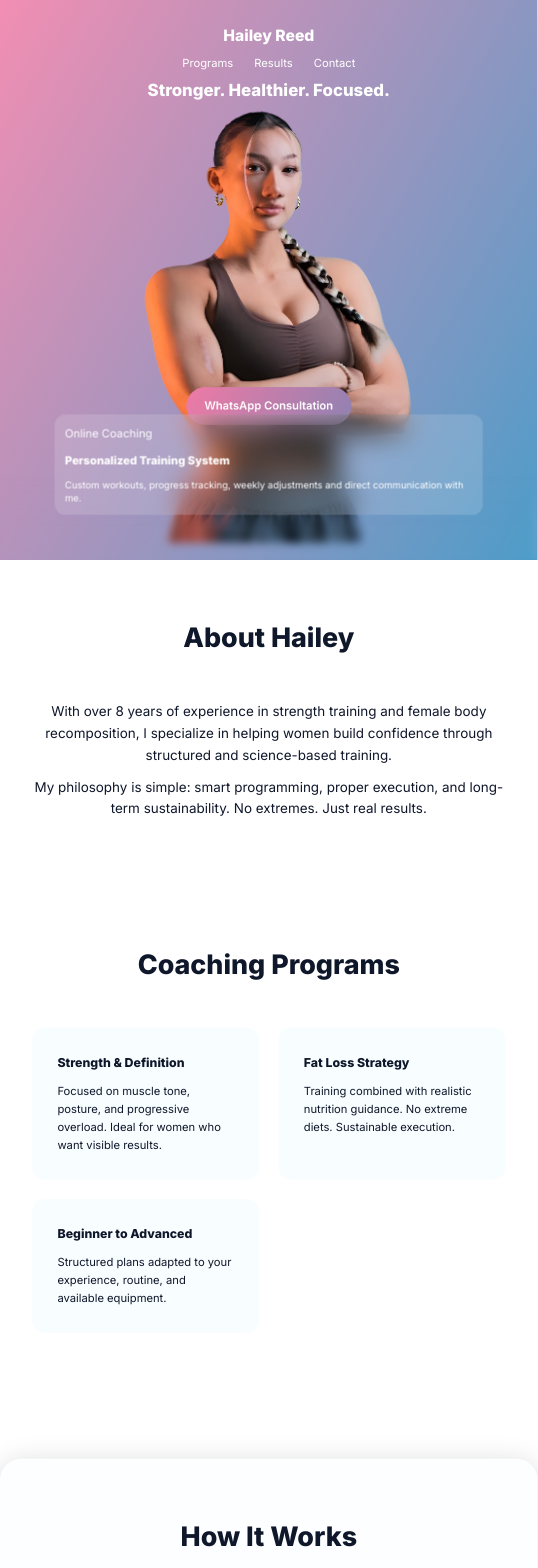
Repository: davidfsillva/Hailey-Reed-Coaching
Page: index.html
The author's editor kept a copy of each file at every save. The page is drawn from the files as they stood at one save, then again after the next save.
The browser window is 768 px wide. The pictures show the part of the page from y = 0 to 2240 px (the page is 5196 px tall), at 70% of full size.

Above is the page before, as saved 2026-02-12 11:41:16.

### index.html
<!DOCTYPE html>
<html lang="en">
<head>
  <meta charset="UTF-8" />
  <meta name="viewport" content="width=device-width, initial-scale=1.0" />
  <title>Personal Trainer | Online Coaching</title>
  <link rel="stylesheet" href="style.css" />
  <link rel="preconnect" href="https://fonts.googleapis.com">
  <link rel="preconnect" href="https://fonts.gstatic.com" crossorigin>
  <link href="https://fonts.googleapis.com/css2?family=Inter:wght@400;600;800&display=swap" rel="stylesheet">
</head>
<body>

<header class="hero">
  <nav class="nav">
    <h1 class="logo">Hailey Reed</h1>
    <div class="nav-links">
      <a href="#programs">Programs</a>
      <a href="#results">Results</a>
      <a href="#ct">Contact</a>
    </div>
  </nav>

  <img class="hero-img" src="img/Photoroom_20260211_45117 PM.png" alt="Trainer" />

  <div class="hero-gradient"></div>

  <div class="hero-content">
    <div class="hero-text">
<h2 class="hero-title">
  Stronger. <br>
  Healthier. <br>
  Focused.
</h2>

      <p>
        Evidence-based training designed for women who <br>
        want real strength, visible definition, and long-term <br>
        consistency — without wasting time.
      </p>
      <div class="cta-group hero-cta">
        <a href="https://wa.me/5599999999999" target="_blank" class="btn primary whatsapp-btn">
          WhatsApp Consultation
        </a>
      </div>
    </div>

    <div class="hero-card">
      <span class="tag">Online Coaching</span>
      <h3>Personalized Training System</h3>
      <p>
        Custom workouts, progress tracking, weekly adjustments
        and direct communication with me.
      </p>
    </div>
  </div>
</header>

<!-- ABOUT SECTION -->
<section class="section">
  <h3>About Hailey</h3>
  <div class="testimonial">
    <p>
      With over 8 years of experience in strength training and female body
      recomposition, I specialize in helping women build confidence through
      structured and science-based training.
    </p>
    <p>
      My philosophy is simple: smart programming, proper execution,
      and long-term sustainability. No extremes. Just real results.
    </p>
  </div>
</section>

<section id="programs" class="section">
  <h3>Coaching Programs</h3>

  <div class="cards">
    <div class="card">
      <h4>Strength & Definition</h4>
      <p>
        Focused on muscle tone, posture, and progressive overload.
        Ideal for women who want visible results.
      </p>
    </div>

    <div class="card">
      <h4>Fat Loss Strategy</h4>
      <p>
        Training combined with realistic nutrition guidance.
        No extreme diets. Sustainable execution.
      </p>
    </div>

    <div class="card">
      <h4>Beginner to Advanced</h4>
      <p>
        Structured plans adapted to your experience, routine,
        and available equipment.
      </p>
    </div>
  </div>
</section>

<!-- HOW IT WORKS -->
<section class="section dark">
  <h3>How It Works</h3>

  <div class="cards">
    <div class="card">
      <h4>1. Initial Consultation</h4>
      <p>
        We discuss your goals, routine, training history,
        and current physical condition.
      </p>
    </div>

    <div class="card">
      <h4>2. Custom Plan Creation</h4>
      <p>
        A personalized workout structure is designed
        specifically for your body and objectives.
      </p>
    </div>

    <div class="card">
      <h4>3. Weekly Adjustments</h4>
      <p>
        Progress tracking and adjustments ensure continuous
        improvement and optimal results.
      </p>
    </div>
  </div>
</section>

<section id="results" class="section dark">
  <h3>Client Feedback</h3>

  <div class="testimonial">
    <p>
      “This coaching completely changed how I train.
      Every session has a clear purpose and I finally feel strong.”
    </p>
    <span>— Samantha M.</span>
  </div>
</section>

<!-- TRANSFORMATION PROCESS -->
<section class="section">
  <h3>The Transformation Process</h3>

  <div class="testimonial">
    <p>
      Sustainable transformation is not about intensity —
      it's about consistency.
    </p>
    <p>
      Through progressive overload, intelligent recovery,
      and realistic nutrition, we create measurable and lasting results.
    </p>
  </div>
</section>

<!-- FAQ -->
<section class="section">
  <h3>Frequently Asked Questions</h3>

  <div class="cards">
    <div class="card">
      <h4>Do I need gym access?</h4>
      <p>
        Not necessarily. Programs can be adapted for home training
        with minimal equipment.
      </p>
    </div>

    <div class="card">
      <h4>Is nutrition included?</h4>
      <p>
        Yes. You receive structured guidance focused on sustainable habits,
        not restrictive diets.
      </p>
    </div>

    <div class="card">
      <h4>How long until I see results?</h4>
      <p>
        Most clients notice strength improvements within weeks
        and visible body changes within 8–12 weeks.
      </p>
    </div>
  </div>
</section>

<!-- FINAL CTA SECTION -->
<section id="ct" class="section dark">
  <div class="testimonial">
    <h3>Ready to Transform?</h3>
    <p>
      Your strongest, healthiest version starts with a decision.
      Let’s build it together.
    </p>
    <div class="cta-group center">
      <a href="https://wa.me/5599999999999" target="_blank" class="btn primary">
        Apply for Coaching
      </a>
    </div>
  </div>
</section>

<footer class="footer">
  <p>© 2026 Hailey Reed Coaching. All rights reserved.</p>
</footer>

<script src="script.js"></script>
</body>
</html>

### style.css
:root {
  --pink: #f07aa5;
  --blue: #2e8bc0;
  --dark: #0f172a;
  --light: #ffffff;
  --muted: #cbd5e1;
}

/* ================= RESET ================= */
* {
  margin: 0;
  padding: 0;
  box-sizing: border-box;
  font-family: 'Inter', sans-serif;
}

body {
  background: var(--light);
  color: var(--dark);
  line-height: 1.6;
}

/* ================= HERO ================= */
.hero {
  position: relative;
  min-height: 100vh;
  padding: 32px 8%;
  color: white;
  overflow: hidden;
}

/* IMAGEM */
.hero-img {
  position: absolute;
  top: 50%;
  left: 50%;
  transform: translate(-50%, -50%);
  width: 60%;
  max-width: 500px;
  height: auto;
  z-index: 2;
}

/* GRADIENTE */
.hero-gradient {
  position: absolute;
  inset: 0;
  background: linear-gradient(
    120deg,
    rgba(240,122,165,0.85),
    rgba(46,139,192,0.85)
  );
  z-index: 1;
}

/* CONTEÚDO */
.hero-content {
  position: relative;
  z-index: 5;
}

/* TEXTO */
.hero-text {
  display: flex;
  flex-direction: column;
  justify-content: center;
  height: 85vh;
  max-width: 550px;
}

.hero-title {
  font-size: clamp(2.8rem, 5vw, 4.5rem);
  line-height: 1.05;
  margin-bottom: 24px;
}

.hero-text p {
  max-width: 480px;
  font-size: 1rem;
  color: #f1f5f9;
}

/* BLUR INFERIOR */
.hero::after {
  content: "";
  position: absolute;
  bottom: 0;
  left: 0;
  width: 100%;
  height: 120px;
  backdrop-filter: blur(6px);
  -webkit-backdrop-filter: blur(6px);
  mask-image: linear-gradient(to top, black 40%, transparent 100%);
  pointer-events: none;
  z-index: 3;
}

/* ================= BOTÕES ================= */
.cta-group {
  display: flex;
  gap: 16px;
  margin-top: 32px;
  flex-wrap: wrap;
}

.btn {
  padding: 14px 26px;
  border-radius: 999px;
  font-weight: 600;
  text-decoration: none;
  display: inline-block;
  transition: all 0.35s cubic-bezier(0.22, 1, 0.36, 1);
  will-change: transform;
}

.whatsapp-btn {
  background: linear-gradient(120deg, var(--pink), var(--blue)) ;
  color: var(--light) !important;
}

.whatsapp-btn:hover {
  background: linear-gradient(120deg, var(--pink), var(--blue)) !important;
  color: var(--dark);
  box-shadow: 0 10px 25px rgba(0, 0, 0, 0.884);
  transform: translateY(-4px) !important;
  background-size: 200% 200%;

}

.btn.primary {
  background: linear-gradient(120deg, var(--pink), var(--blue));
  color: var(--light);
  background-size: 200% 200%;
}

.btn.primary:hover {
  background: linear-gradient(120deg, var(--pink), var(--blue));
  color: white;
  background-position: right center;
  transform: translateY(-4px) !important;
  box-shadow: 0 10px 25px rgba(240,122,165,0.3);
  transition: all 0.4s ease;


}

.btn.secondary {
  background: linear-gradient(120deg, var(--pink), var(--blue));
  color: var(--light);
  background-size: 200% 200%;

}

.btn.secondary:hover {
  background: linear-gradient(120deg, var(--pink), var(--blue));  color: white;
  box-shadow: 0 10px 25px rgba(240,122,165,0.3);
  transform: translateY(-4px) !important;



}


/* ================= HERO CARD ================= */
.hero-card {
  position: absolute;
  top: 42%;
  right: 3%;
  width: 300px;
  background: rgba(255,255,255,0.15);
  backdrop-filter: blur(18px);
  padding: 32px;
  border-radius: 20px;
  z-index: 4;
}



.hero-card h3 {
  margin: 12px 0;
}

/* ================= NAVBAR ================= */
.nav {
  position: relative;
  z-index: 10;
  display: flex;
  justify-content: space-between;
  align-items: center;
}

.logo {
  font-weight: 800;
  font-size: 1.4rem;
}

.nav-links a {
  position: relative;
  color: white;
  margin-left: 24px;
  text-decoration: none;
  font-weight: 500;
  padding-bottom: 4px;
}

.nav-links a::after {
  content: "";
  position: absolute;
  left: 0;
  bottom: 0;
  width: 0%;
  height: 2px;
  background: white;
  transition: width 0.3s ease;
}

.nav-links a:hover::after {
  width: 100%;
}

/* ================= SECTIONS ================= */
.section {
  padding: 100px 8%;
  max-width: 1200px;
  margin: auto;
}

.section h3 {
  font-size: 2.4rem;
  margin-bottom: 60px;
  text-align: center;
}

.cards {
  display: grid;
  grid-template-columns: repeat(auto-fit, minmax(260px, 1fr));
  gap: 28px;
}

.card {
  background: rgb(248, 253, 255);
  padding: 36px;
  border-radius: 18px;
  transition: 0.3s ease;
}

.card:hover {
  transform: translateY(-6px);
}

.card h4 {
  margin-bottom: 14px;
  font-size: 1.1rem;
}

/* ================= DARK SECTIONS ================= */
.dark {
  background: rgb(252, 254, 255);
  border-radius: 30px;
  color: var(--dark);
  margin: 100px auto;
  padding: 100px 8%;
  box-shadow: 0 5px 40px rgba(0,0,0,0.15);
}


.dark .card {
  background: rgba(255,255,255,0.06);
  color: var(--dark);
  box-shadow: 0 20px 60px rgba(0,0,0,0.15);
}

.dark .card:hover {
  background: rgba(255,255,255,0.1);
}

/* ================= TESTIMONIAL ================= */
.testimonial {
  max-width: 750px;
  margin: auto;
  text-align: center;
}

.testimonial p {
  font-size: 1.2rem;
  margin-bottom: 16px;
}

.contact-text {
  text-align: center;
  max-width: 520px;
  margin: 0 auto 32px;
}

.center {
  justify-content: center;
}

/* ================= FOOTER ================= */
.footer {
  padding: 32px;
  text-align: center;
  background: linear-gradient(120deg, var(--pink), var(--blue));
  color: var(--muted);
  font-size: 0.85rem;
}

/* ================= RESPONSIVE ================= */
@media (max-width: 1024px) {

  .hero-card {
    position: relative;
    top: unset;
    right: unset;
    margin-top: 40px;
    width: 100%;
    max-width: 400px;
  }

  .hero-text {
    height: auto;
    text-align: center;
    margin-top: 80px;
  }

  .hero-text p {
    margin: auto;
  }

  .hero-img {
    width: 75%;
  }
}

@media (max-width: 768px) {

  .nav {
    flex-direction: column;
    align-items: center;
  }

  .nav-links {
    display: flex;
    gap: 30px;
    margin-top: 10px;
  }

  .nav-links a {
    margin-left: 0;
  }

  .hero-card {
    width: 95%;
    max-width: 660px;
    margin: 375px auto 0;
    padding: 15px;
    border-radius: 16px;
  }

  .hero-card h3 {
    font-size: 1rem;
  }

  .hero-card p {
    font-size: 0.85rem;
    line-height: 1.4;
  }

  .hero-img {
    width: 90%;
    top: 50%;
  }

  .hero-title {
    font-size: 1.5rem;
    margin-bottom: 20px;
    display: flex;
    justify-content: center;
    gap: 8px;
    flex-wrap: nowrap;
    line-height: 1;
  }

  .hero-title br {
    display: none;
  }

  .hero-text {
    height: auto;
    justify-content: flex-start;
    margin-top: 10px;
    text-align: center;
  }

  .hero-text p {
    display: none;
  }

  .section {
    padding: 80px 6%;
  }

  /* Apenas o botão do HERO */
  .hero-cta {
    position: relative;
    transform: none;
    z-index: 6;
    justify-content: center;
  }

  .hero-content {
    display: flex;
    flex-direction: column;
    align-items: center; /* centraliza horizontalmente */
    justify-content: center; /* centraliza verticalmente */
    gap: 24px; /* espaço entre título, botão e card */
    z-index: 5;
    position: relative;
  }


  /* Botões de contato / final */
  .cta-group {
    position: relative;
    transform: none;
    z-index: 1;
    display: flex;
    justify-content: center;
  }

  .btn.primary {
    transform: none;
  }

  .whatsapp-btn {
    margin-top: 360px;
    position: absolute;       /* permite mover livremente */
    transform: translateX(-50%); /* centraliza exatamente */
    z-index: 6;               /* acima de imagens e cards */
  }
}

@media (max-width: 480px) {

  .hero {
    padding: 24px 6%;
  }

  .btn {
    width: 100%;
    text-align: center;
  }

  .cta-group {
    flex-direction: column;
  }
}

### script.js
// ===============================
// SMOOTH SCROLL
// ===============================
document.querySelectorAll('a[href^="#"]').forEach(anchor => {
  anchor.addEventListener('click', function (e) {
    const target = document.querySelector(this.getAttribute('href'));
    if (!target) return;

    e.preventDefault();
    target.scrollIntoView({ behavior: 'smooth' });
  });
});


// ===============================
// NAVBAR SCROLL EFFECT
// ===============================
const nav = document.querySelector(".nav");

window.addEventListener("scroll", () => {
  if (!nav) return;

  if (window.scrollY > 50) {
    nav.style.background = "rgba(15, 23, 42, 0.85)";
    nav.style.backdropFilter = "blur(10px)";
    nav.style.padding = "16px 8%";
    nav.style.transition = "all 0.3s ease";
  } else {
    nav.style.background = "transparent";
    nav.style.backdropFilter = "none";
    nav.style.padding = "";
  }
});


// ===============================
// SCROLL REVEAL (melhor performance)
// ===============================
const revealElements = document.querySelectorAll(".section, .card, .testimonial");

const revealOnScroll = () => {
  const triggerBottom = window.innerHeight * 0.85;

  revealElements.forEach(el => {
    const elementTop = el.getBoundingClientRect().top;

    if (elementTop < triggerBottom) {
      el.style.opacity = "1";
      el.style.transform = "translateY(0)";
    }
  });
};

// Estado inicial
revealElements.forEach(el => {
  el.style.opacity = "0";
  el.style.transform = "translateY(40px)";
  el.style.transition = "opacity 0.8s ease, transform 0.8s ease";
});

window.addEventListener("scroll", revealOnScroll);
window.addEventListener("load", revealOnScroll);



// ===============================
// HERO IMAGE PARALLAX (DESKTOP ONLY)
// ===============================
const heroImg = document.querySelector(".hero-img");

if (heroImg && window.innerWidth > 768) {
  window.addEventListener("scroll", () => {
    const scrollPosition = window.scrollY;
    heroImg.style.transform =
      `translate(-50%, calc(-50% + ${scrollPosition * 0.12}px))`;
  });
}



// ===============================
// BUTTON FADE-IN ON LOAD
// ===============================
window.addEventListener("load", () => {
  const buttons = document.querySelectorAll(".btn");

  buttons.forEach((btn, index) => {
    btn.style.opacity = "0";
    btn.style.transform = "translateY(20px)";
    btn.style.transition = "opacity 0.6s ease, transform 0.6s ease";

    setTimeout(() => {
      btn.style.opacity = "1";
      btn.style.transform = "translateY(0)";
    }, 300 + index * 150);
  });
});



// ===============================
// CARD HOVER GLOW EFFECT (desktop only)
// ===============================
if (window.innerWidth > 768) {

  const cards = document.querySelectorAll(".card");

  cards.forEach(card => {

    card.addEventListener("mousemove", (e) => {
      const rect = card.getBoundingClientRect();
      const x = e.clientX - rect.left;
      const y = e.clientY - rect.top;

      card.style.background = `
        radial-gradient(circle at ${x}px ${y}px,
        rgba(240,122,165,0.18),
        rgba(255,255,255,0.03))
      `;
    });

    card.addEventListener("mouseleave", () => {
      card.style.background = "";
    });

  });

}

After the next save:
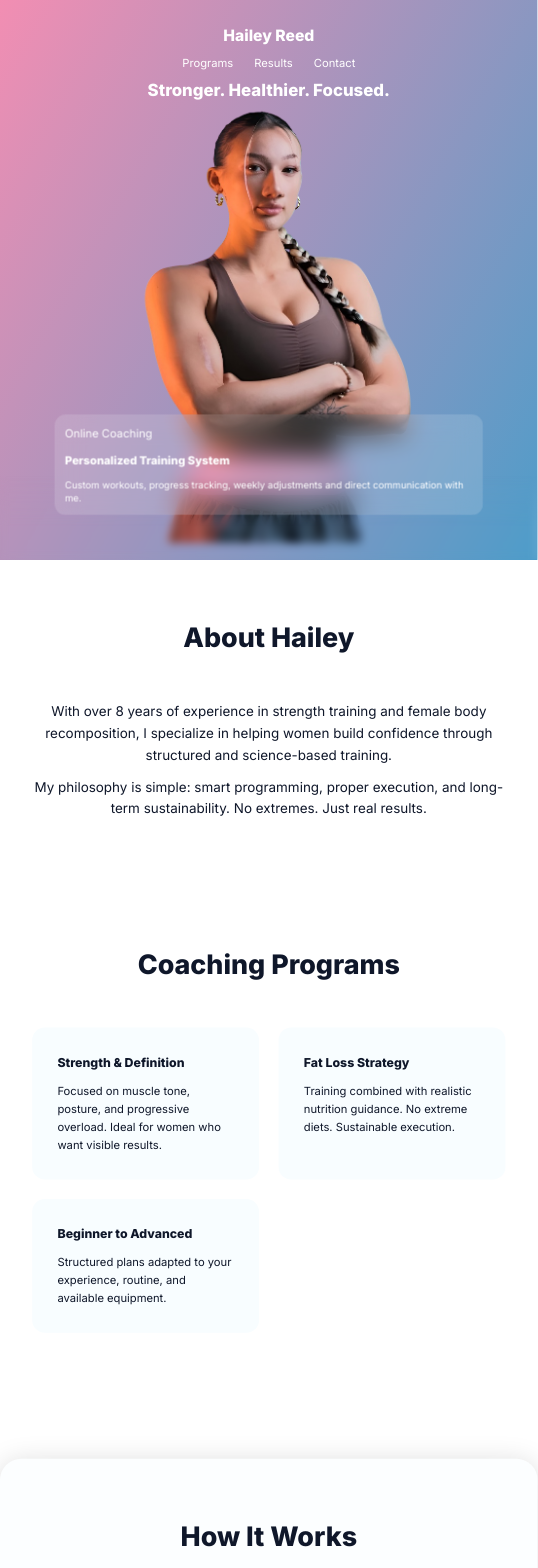
Saved 2 min 58 s later.
--- a/style.css
+++ b/style.css
@@ -433,7 +433,7 @@
   }
 
   .whatsapp-btn {
-    margin-top: 360px;
+    margin-top: 460px;
     position: absolute;       /* permite mover livremente */
     transform: translateX(-50%); /* centraliza exatamente */
     z-index: 6;               /* acima de imagens e cards */

After the save that followed:
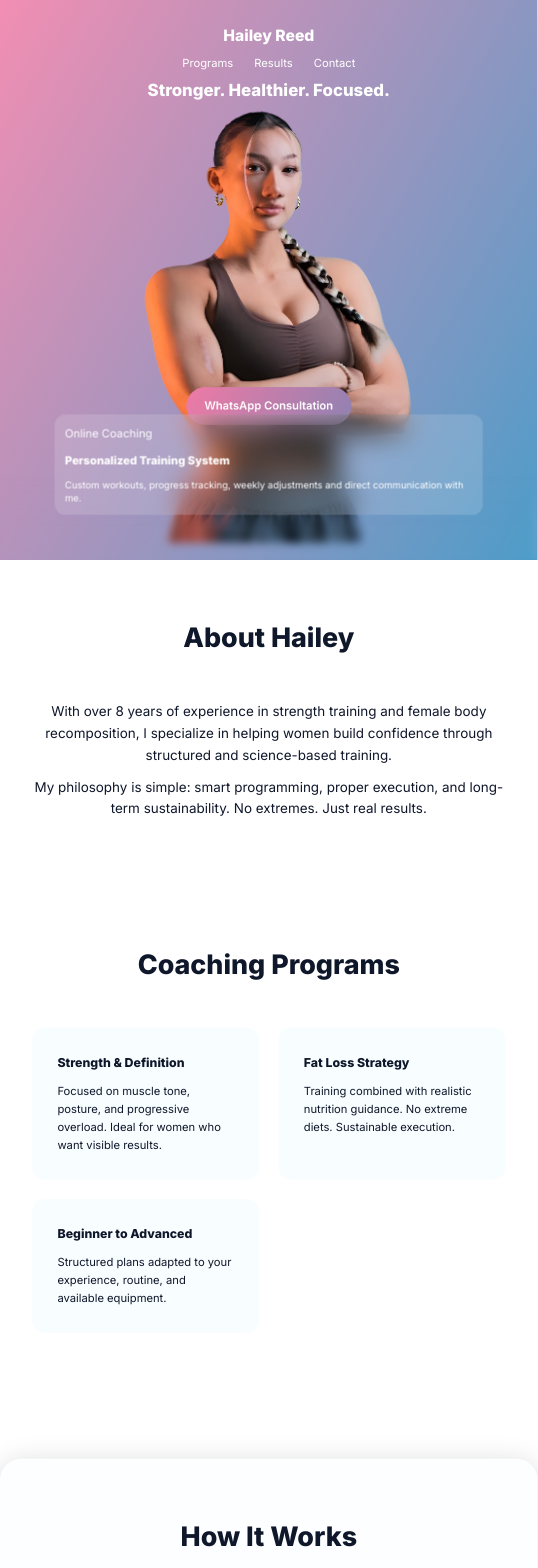
Saved 8 min 3 s later.
--- a/style.css
+++ b/style.css
@@ -433,7 +433,7 @@
   }
 
   .whatsapp-btn {
-    margin-top: 460px;
+    margin-top: 360px;
     position: absolute;       /* permite mover livremente */
     transform: translateX(-50%); /* centraliza exatamente */
     z-index: 6;               /* acima de imagens e cards */
